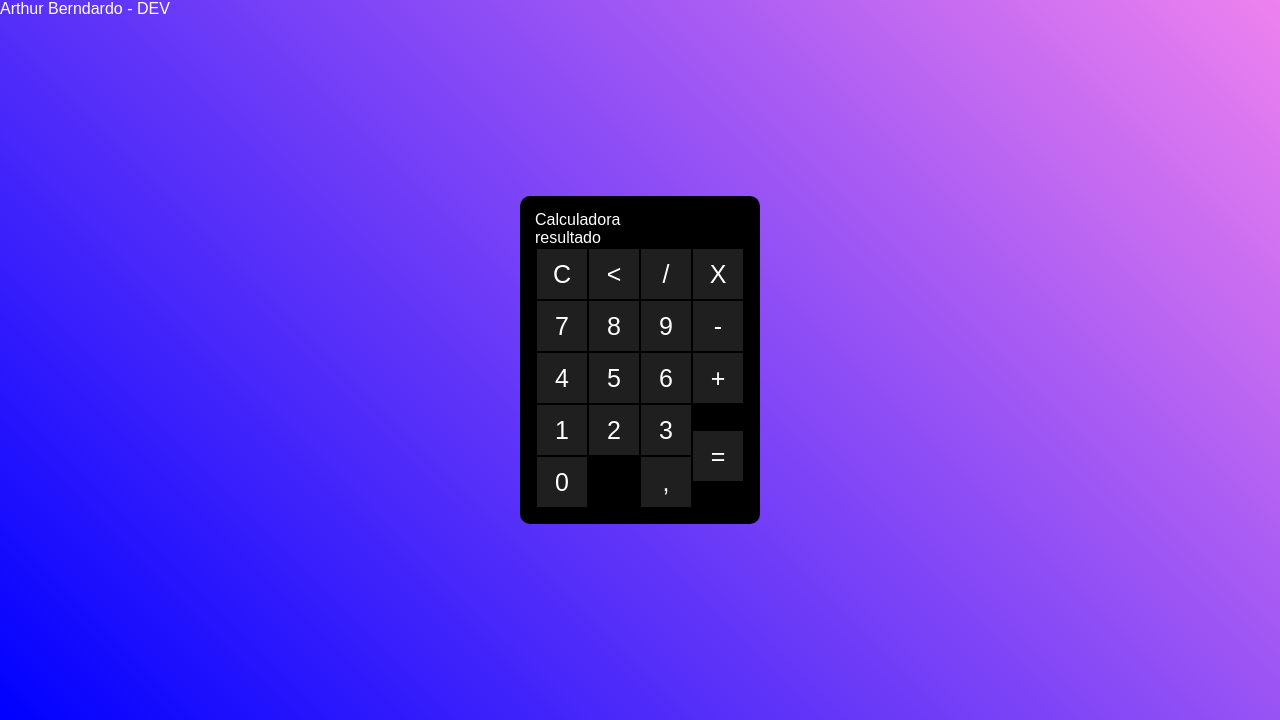
Repository: oThurDev/calculadora
Page: calculadora.html
An editor plug-in stored every save of this project. The page is shown before and after the next save, followed by the edit.
The browser window is 1280 px wide. The pictures show the whole page.
The pointer rests on the first visible `.botao`.

Above is the page before, as saved 2022-02-25 15:38:52.

### calculadora.html
<!DOCTYPE html>
<html lang="en">
<head>
    <meta charset="UTF-8">
    <meta name="viewport" content="width=device-width, initial-scale=1.0">
    <link rel="stylesheet" href="style_calculadora.css">
    <title>Calculadora</title>
</head>
<body>
    <div class="fundo">
        <span>Arthur Berndardo - DEV</span>
        <div class="calculadora">
            <span>Calculadora</span>
            <p id="resultado">resultado</p>
            <table>
                <tr>
                    <td><button class="botao">C</button></td>
                    <td><button class="botao"><</button></td>
                    <td><button class="botao">/</button></td>
                    <td><button class="botao">X</button></td>
                </tr>
                <tr>
                    <td><button class="botao">7</button></td>
                    <td><button class="botao">8</button></td>
                    <td><button class="botao">9</button></td>
                    <td><button class="botao">-</button></td>
                </tr>
                <tr>
                    <td><button class="botao">4</button></td>
                    <td><button class="botao">5</button></td>
                    <td><button class="botao">6</button></td>
                    <td><button class="botao">+</button></td>
                </tr>
                <tr>
                    <td><button class="botao">1</button></td>
                    <td><button class="botao">2</button></td>
                    <td><button class="botao">3</button></td>
                    <td rowspan="2"><button class="botao">=</button></td>
                </tr>
                <tr>
                    <td colspan="2"><button class="botao">0</button></td>
                    <td><button class="botao">,</button></td>
                </tr>
            </table>
        </div>
    </div>
</body>
</html>

### style_calculadora.css
*{
    margin: 0;
    padding: 0;
}

.fundo{
    background-image: linear-gradient(45deg, blue, violet);
    height: 100vh;
    color: white;
    font-family: Arial, Helvetica, sans-serif;
}

.calculadora{
    position: absolute;
    background-color: black;
    top: 50%;
    left: 50%;
    transform: translate(-50%, -50%);
    border-radius: 10px;
    padding: 15px;
}

.botao{
    width: 50px;
    height: 50px;
    font-size: 25px;
    cursor: pointer;
    background-color: rgb(31, 31, 31);
    border: none;
    color: white;
}

After the next save:
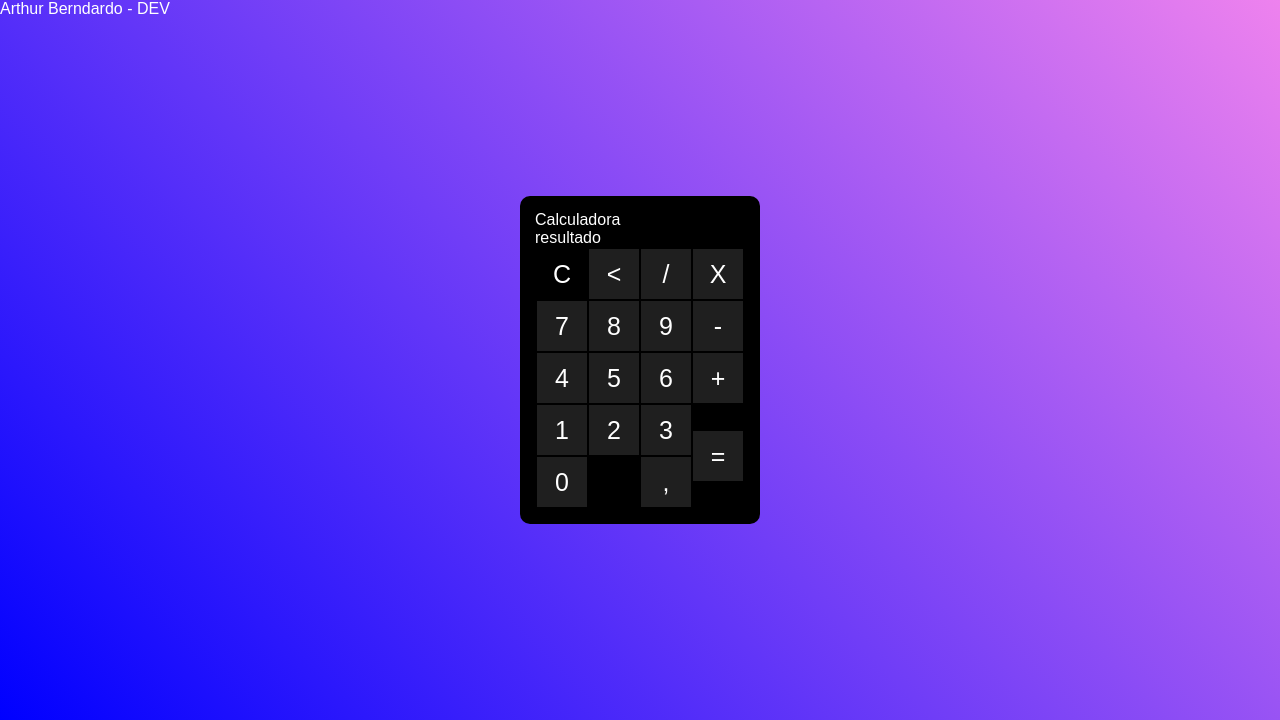
Saved 62 s later.
--- a/style_calculadora.css
+++ b/style_calculadora.css
@@ -29,3 +29,7 @@
     border: none;
     color: white;
 }
+
+.botao:hover{
+    background-color: black;
+}
